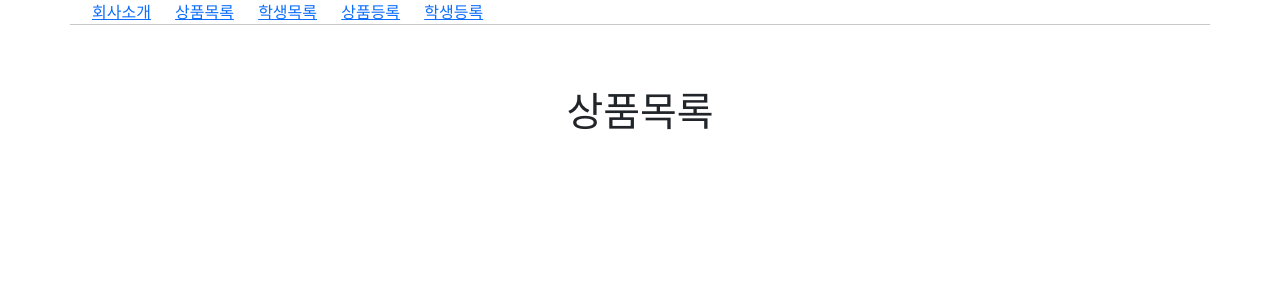
Repository: gwangso/web
Page: http://localhost/ex01/pro/list
An editor plug-in stored every save of this project. The page is shown before and after the next save, followed by the edit.
The browser window is 1280 px wide. The pictures show the whole page.
Some web fonts or font styles are not loaded; a fallback is used. The page is served by Tomcat 9. Other server files are loaded and not shown. Queries for data that is not in the repository find no rows.

Above is the page before, as saved 2023-07-24 07:36:52.

### ex01/src/main/webapp/home.jsp
<%@ page language="java" contentType="text/html; charset=UTF-8"
    pageEncoding="UTF-8"%>
<!DOCTYPE html>
<html>
	<head>
		<meta charset="UTF-8">
		<title>홈페이지</title>

		<!-- 부트스트랩 -->
		<!-- CSS only -->
		<link href="https://cdn.jsdelivr.net/npm/bootstrap@5.2.3/dist/css/bootstrap.min.css" rel="stylesheet" integrity="sha384-rbsA2VBKQhggwzxH7pPCaAqO46MgnOM80zW1RWuH61DGLwZJEdK2Kadq2F9CUG65" crossorigin="anonymous">
		<!-- JavaScript Bundle with Popper -->
		<script src="https://cdn.jsdelivr.net/npm/bootstrap@5.2.3/dist/js/bootstrap.bundle.min.js" integrity="sha384-kenU1KFdBIe4zVF0s0G1M5b4hcpxyD9F7jL+jjXkk+Q2h455rYXK/7HAuoJl+0I4" crossorigin="anonymous"></script>

		<style>
			@import url('https://fonts.googleapis.com/css2?family=Gugi&family=Jua&display=swap');
			h1 {
				font-family: 'Gugi', cursive;
			}
			table {
				font-family: 'Jua', sans-serif;
			}
			a {
				margin:10px;
			}
		</style>
	</head>
<body>
<div class="container">
	<div class="row">
		<div class="col">
			<div>
				<a href="/">회사소개</a>
				<a href="/pro/list">상품목록</a>
				<a href="/stu/list">학생목록</a>
				<a href="/pro/insert">상품등록</a>
				<a href="/stu/insert">학생등록</a>
			</div>
		</div>
		<hr>
		<div>
			<jsp:include page="${pageName}"/> <!-- jsp가 있으면 html로 하면 안된다. -->
		</div>
	</div>
</div>
</body>

</html>

### ex01/src/main/webapp/pro/list.jsp
<%@ page language="java" contentType="text/html; charset=UTF-8"
    pageEncoding="UTF-8"%>
<%@taglib prefix="c" uri="http://java.sun.com/jsp/jstl/core"%>
<%@taglib prefix="fmt" uri="http://java.sun.com/jsp/jstl/fmt"%>

<div class="row my-5">
	<div class="col">
		<h1 class="text-center mb-5">상품목록</h1>
		<table class="table table-warning table-striped ">
			<c:forEach items="${array}" var="vo">
			<!-- array에 있는 값을 하나씪 받아서 vo에 넣음 -->
				<tr>
					<td>${vo.pcode}</td>
					<td>${vo.pname}</td>
					<td>
						<fmt:formatNumber value="${vo.pprice}" pattern="#,###"/>원
					</td>
					<td>
						<fmt:formatDate value="${vo.pdate}" pattern="yyyy-MM-dd HH:mm:ss"/>
					</td>
				</tr>
			</c:forEach>
		</table>
	</div>
</div>

### ex01/src/main/java/controller/ProductController.java
package controller;

import java.io.IOException;

import javax.servlet.RequestDispatcher;
import javax.servlet.ServletException;
import javax.servlet.annotation.WebServlet;
import javax.servlet.http.HttpServlet;
import javax.servlet.http.HttpServletRequest;
import javax.servlet.http.HttpServletResponse;

import model.*;


@WebServlet(value={"/pro/list", "/pro/insert"})
public class ProductController extends HttpServlet {
	private static final long serialVersionUID = 1L;
	ProductDAO pdao = new ProductDAO();


    public ProductController() {
        super();
    }

	protected void doGet(HttpServletRequest request, HttpServletResponse response) throws ServletException, IOException {
		switch (request.getServletPath()) { //주소 정보 = request.
		case "/pro/list":
			request.setAttribute("array", pdao.list()); // array에 pdao.list()를 넣음
			request.setAttribute("pageName", "/pro/list.jsp"); //pageName에 /pro/list.jsp를 집어넣음
			break;
		case "/pro/insert":
			request.setAttribute("pageName", "/pro/insert.jsp");
			break;
		}
		RequestDispatcher dis = request.getRequestDispatcher("/home.jsp");
		dis.forward(request, response);
	}

	//form에서 메소드를 Post라 주었을 때만 작동
	protected void doPost(HttpServletRequest request, HttpServletResponse response) throws ServletException, IOException {

	}

}

### ex01/src/main/java/model/Database.java
package model;

import java.sql.*;

public class Database {
	public static Connection CON;
	static {
		try {
            Class.forName("com.mysql.jdbc.Driver");
            CON=DriverManager.getConnection("jdbc:mysql://localhost:3306/webdb", "web", "pass");
            System.out.println("접속성공");
	            System.out.println("접속성공");
		} catch (Exception e) {
			System.out.println("DB 연결 실패" + e.toString());
		}
	}
}

After the next save:
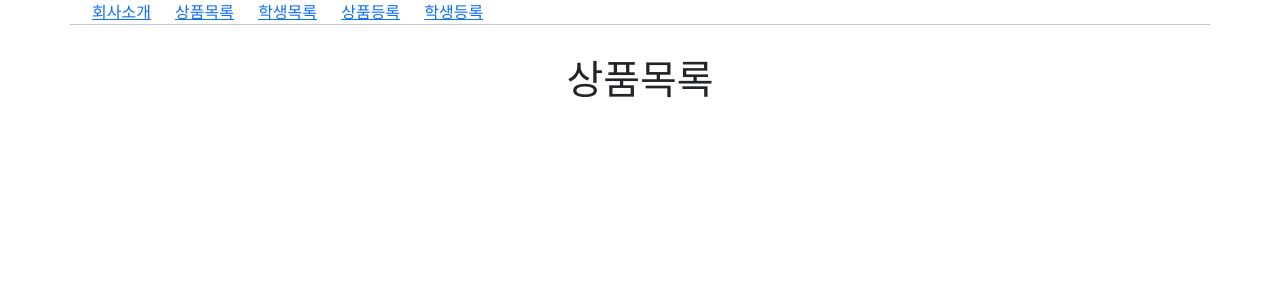
Saved 12 s later.
--- a/ex01/src/main/webapp/pro/list.jsp
+++ b/ex01/src/main/webapp/pro/list.jsp
@@ -3,7 +3,7 @@
 <%@taglib prefix="c" uri="http://java.sun.com/jsp/jstl/core"%>
 <%@taglib prefix="fmt" uri="http://java.sun.com/jsp/jstl/fmt"%>
 
-<div class="row my-5">
+<div class="row my-3">
 	<div class="col">
 		<h1 class="text-center mb-5">상품목록</h1>
 		<table class="table table-warning table-striped ">
